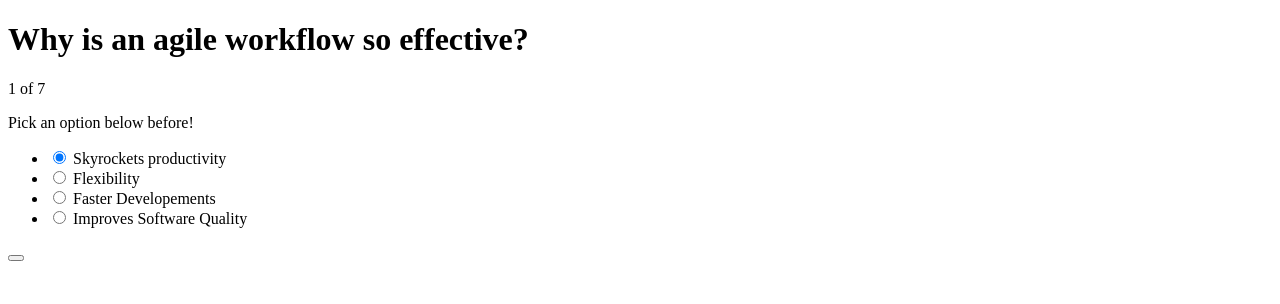
Repository: mukiSabljakovic/Quiz-APP
Page: index.html
An editor plug-in stored every save of this project. The page is shown before and after the next save, followed by the edit.
The browser window is 1280 px wide. The pictures show the whole page.

Above is the page before, as saved 2020-05-01 11:23:29.

After the next save:
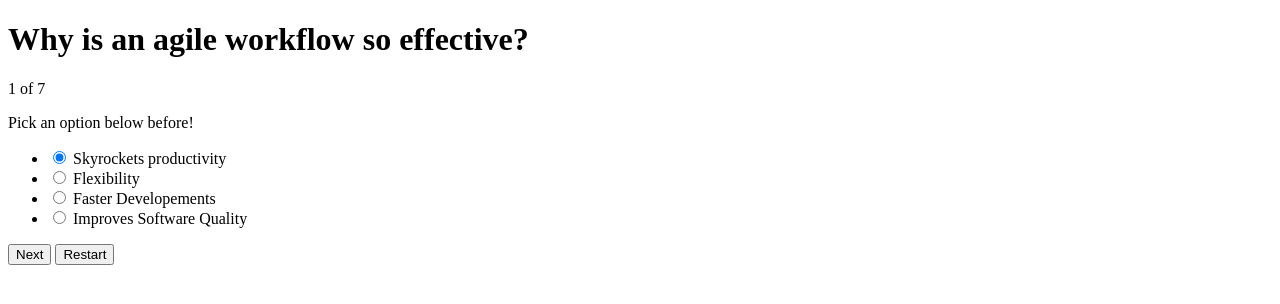
Saved 51 s later.
--- a/index.html
+++ b/index.html
@@ -55,7 +55,9 @@
                 </div>
 
                 <div class="jabquiz__footer">
-                    <button class="button button--bordered next"></button>
+                    <button class="button button--bordered next">Next</button>
+                    <button class="button button--bordered restart">Restart</button>
+
                 </div>
             </div>
         </div>
